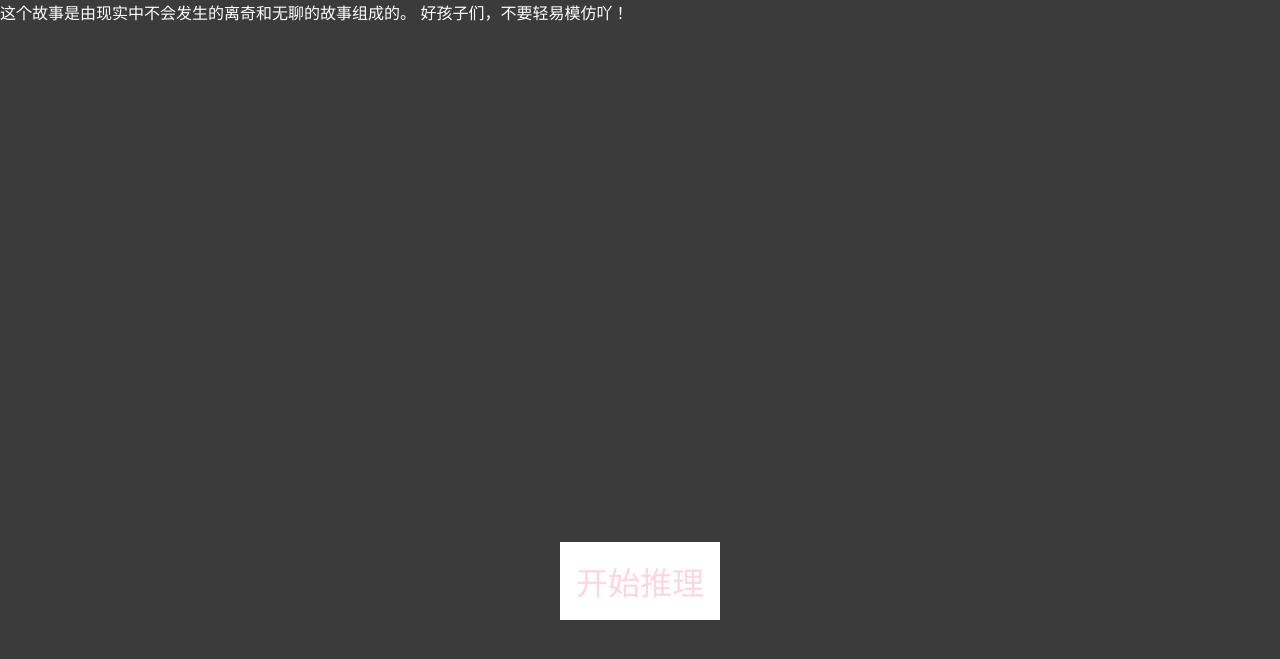
Repository: Jofali/reasoning-genius
Page: /
These files come from the project's save history. The page is drawn as it stood at one moment and after the next save; the edit follows.
The browser window is 1280 px wide. The pictures show the whole page.
The project was rebuilt for these pictures with package versions that can differ from the ones it lists, and the page was loaded fresh each time. Also part of the build but not shown: src/part1/part1.css, src/part1/part1.js, src/part2/part2.css, src/part2/part2.js, src/title/title.css, src/title/title.js, src/inventory/inventory.css, src/inventory/inventory.js and 2 more.

Above is the page before, as saved 2019-05-22 17:35:36.

### public/index.html
<!DOCTYPE html>
<html lang="en">
  <head>
    <meta charset="utf-8" />
    <link rel="shortcut icon" href="%PUBLIC_URL%/favicon.ico" />
    <meta name="viewport" content="width=device-width, initial-scale=1" />
    <meta name="theme-color" content="#000000" />
    <!--
      manifest.json provides metadata used when your web app is installed on a
      user's mobile device or desktop. See https://developers.google.com/web/fundamentals/web-app-manifest/
    -->
    <link rel="manifest" href="%PUBLIC_URL%/manifest.json" />
    <!--
      Notice the use of %PUBLIC_URL% in the tags above.
      It will be replaced with the URL of the `public` folder during the build.
      Only files inside the `public` folder can be referenced from the HTML.

      Unlike "/favicon.ico" or "favicon.ico", "%PUBLIC_URL%/favicon.ico" will
      work correctly both with client-side routing and a non-root public URL.
      Learn how to configure a non-root public URL by running `npm run build`.
    -->
    <title>Reasoning Genius</title>
  </head>
  <body>
    <noscript>You need to enable JavaScript to run this app.</noscript>
    <div id="root"></div>
    <!--
      This HTML file is a template.
      If you open it directly in the browser, you will see an empty page.

      You can add webfonts, meta tags, or analytics to this file.
      The build step will place the bundled scripts into the <body> tag.

      To begin the development, run `npm start` or `yarn start`.
      To create a production bundle, use `npm run build` or `yarn build`.
    -->
  </body>
</html>

### src/index.css
body {
  margin: 0;
  font-family: -apple-system, BlinkMacSystemFont, "Segoe UI", "Roboto", "Oxygen",
    "Ubuntu", "Cantarell", "Fira Sans", "Droid Sans", "Helvetica Neue",
    sans-serif;
  -webkit-font-smoothing: antialiased;
  -moz-osx-font-smoothing: grayscale;
}

code {
  font-family: source-code-pro, Menlo, Monaco, Consolas, "Courier New",
    monospace;
}

#root {
  height: 100%;
}

*{
  padding: 0;
  margin: 0;
}

html,body {
  height: 100%;
}

.sw-enter {
  opacity: 0;
}
.sw-enter-active {
  opacity: 1;
  transform: translateX(0);
  transition: opacity 300ms, transform 300ms;
}
.sw-exit {
  opacity: 1;
}
.sw-exit-active {
  opacity: 0;
  transition: opacity 300ms, transform 300ms;
}

### src/App.js
import React, { Component } from 'react';
import { CSSTransition } from 'react-transition-group';

import Partwrap from './partwrap/partwrap';
import Begin from './begin/begin';

import './App.css';
import arrNext from './assets/arrnext.svg';

class App extends Component {
  constructor(props) {
    super(props);
    this.state = {
      content: <Begin />,
      arr: arrNext,
      arrStatus: "next",
      maxPartNum: 1,
      showPart: true
    };
    this.stepTo = this.stepTo.bind(this);
  }

  partNum = 0;
  timer = null;
  stepTo() {
    if(this.partNum === this.state.maxPartNum) {
      this.partNum = 0;
    } else {
      this.partNum += 1;
    }

    this.setshow(false);
    if(this.timer !== null) {
      clearTimeout(this.timer);
    }
    this.timer = setTimeout( () => {
      switch(this.partNum)
      {
        case 0:
          this.setState({ content: <Begin /> })
          this.setState({ arrStatus: "next" });
          break;
        case 1:
          this.setState({ content: <Partwrap /> })
          this.setState({ arrStatus: "prev" })
          break;
        default:
          this.setState({ content: <Begin /> })
      }
      this.setshow(true);
    }, 300);

  }

  setshow(bool) {
    this.setState({ showPart: bool })
  }

  componentDidMount() {

  }

  render() {
    return (
        <div className="App">
          <CSSTransition
              in={this.state.showPart}
              timeout={300}
              classNames="sw"
              unmountOnExit
            >
              { this.state.content }
          </CSSTransition>
          <button className="btn-begin" onClick={this.stepTo}>开始推理</button>
        </div>
    );
  }
}

export default App;

### src/begin/begin.js
import React from 'react';

import './begin.css';
function Title() {
  return (
      <div className="begin">
        <div className="begin-content-wrap">
          这个故事是由现实中不会发生的离奇和无聊的故事组成的。
          好孩子们，不要轻易模仿吖！
        </div>
      </div>
  );
}

export default Title;

### src/App.css
.App {
  width: 100%;
  height: 100%;
  background: rgb(253,214,222);
  position: relative;
}

.App img {
  width: 100%;
}

.btn-begin {
  position:absolute;
  bottom: 100px;
  left: 50%;
  background: #fff;
  border: none;
  padding: 1rem;
  font-size: 2rem;
  transform: translateX(-50%);
  color: rgb(253,214,222);
}

### src/begin/begin.css
.begin {
  width: 100%;
  height: 100%;
  background: rgb(59, 59, 59);
  color: #fff;
}

Loaded but not shown: src/index.js (common file); src/serviceWorker.js (common file)

After the next save:
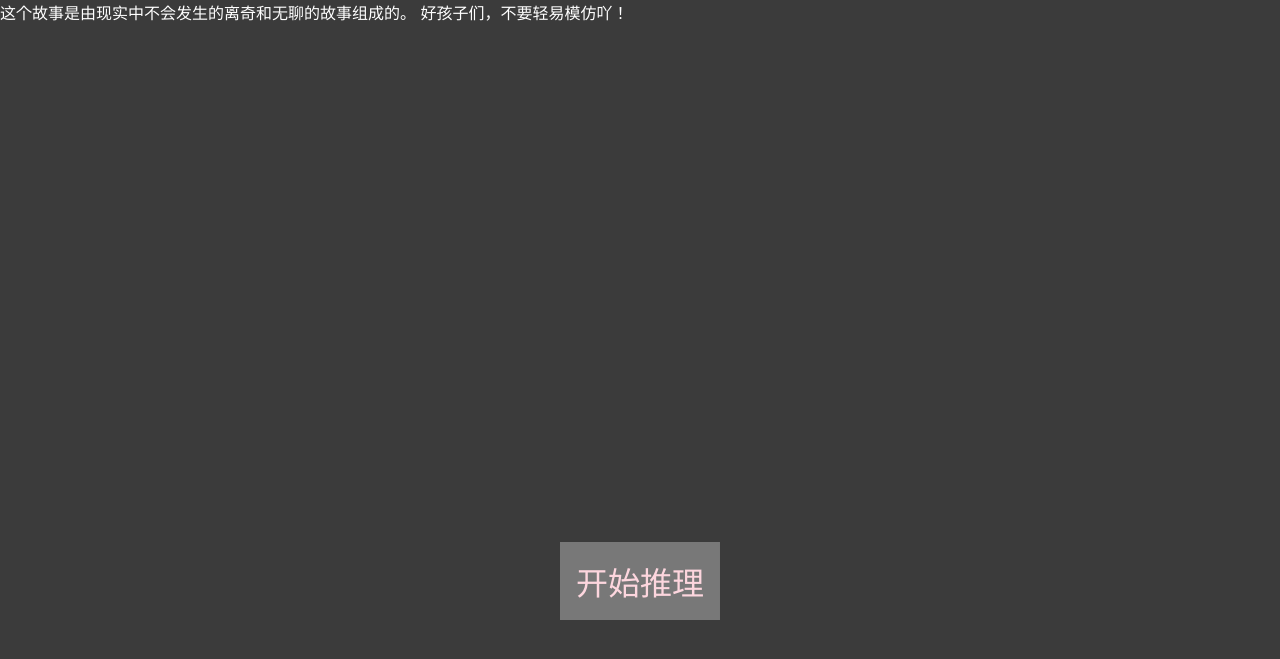
Saved 8 s later.
--- a/src/App.css
+++ b/src/App.css
@@ -13,7 +13,7 @@
   position:absolute;
   bottom: 100px;
   left: 50%;
-  background: #fff;
+  background: #787878;
   border: none;
   padding: 1rem;
   font-size: 2rem;
